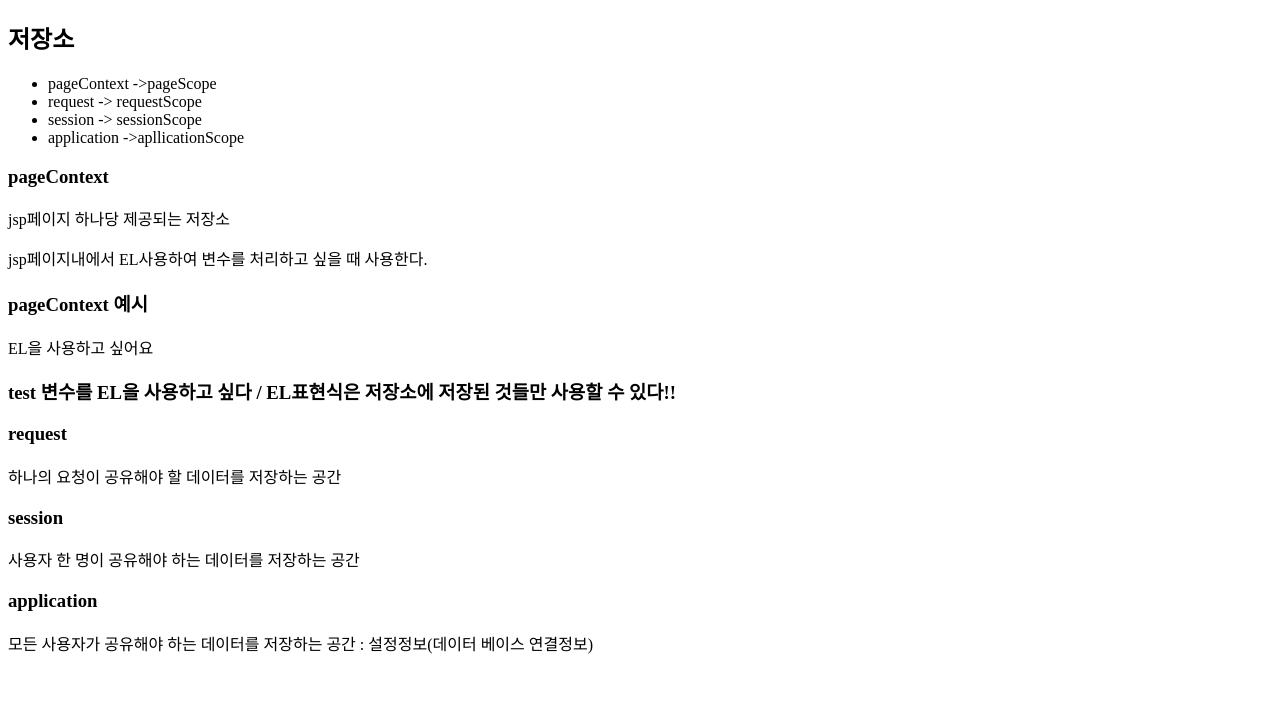
Repository: nobley3/EclipseIDE
Page: http://localhost/ELprj0908/el2
An editor plug-in stored every save of this project. The page is shown before and after the next save, followed by the edit.
The browser window is 1280 px wide. The pictures show the whole page.
The page is served by Tomcat 9.

Above is the page before, as saved 2023-09-08 01:27:51.

After the next save:
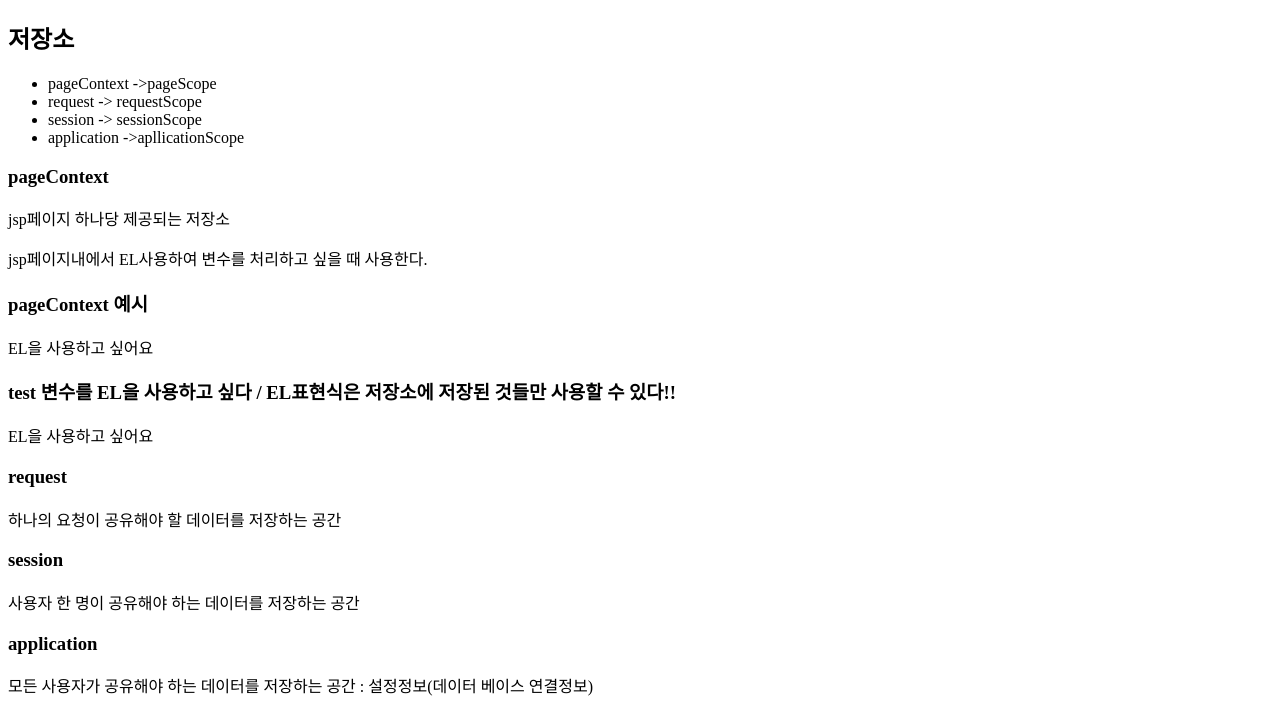
Saved 27 s later.
--- a/ELprj0908/src/main/webapp/WEB-INF/views/el2.jsp
+++ b/ELprj0908/src/main/webapp/WEB-INF/views/el2.jsp
@@ -25,8 +25,8 @@
 <%=test %>
 <h3>test 변수를 EL을 사용하고 싶다 / EL표현식은 저장소에 저장된 것들만 사용할 수 있다!!</h3>
 ${test}
-<%pageContext.setAttribute("test1", test); %>
-
+<%pageContext.setAttribute("test1", test); %> <!-- 저장소에 저장한 것 -->
+${test1}
 <h3>request</h3>
 <p>하나의 요청이 공유해야 할 데이터를 저장하는 공간</p>
 
